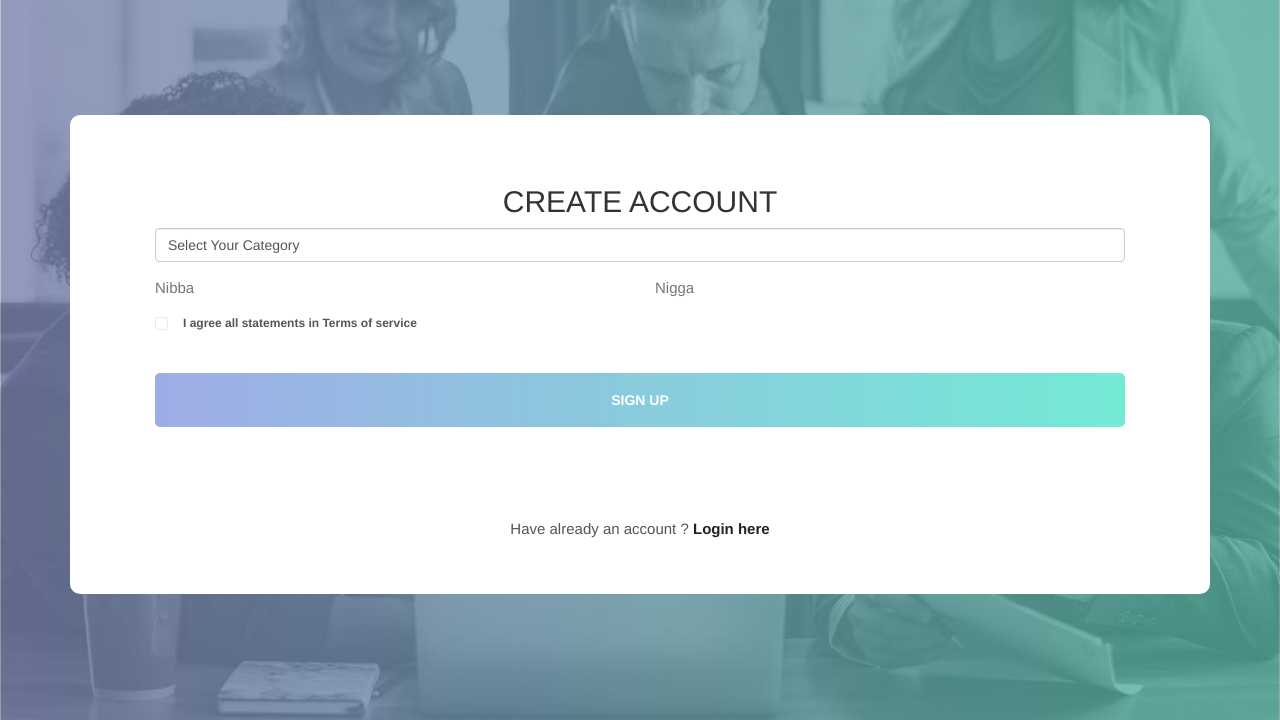
Repository: zainbt/Career_Bridge
Page: static/register/register.html
An editor plug-in stored every save of this project. The page is shown before and after the next save, followed by the edit.
The browser window is 1280 px wide. The pictures show the whole page.

Above is the page before, as saved 2019-11-18 18:16:58.

### static/register/register.html
<!DOCTYPE html>
<html lang="en">

<head>
    <meta charset="UTF-8">
    <meta name="viewport" content="width=device-width, initial-scale=1.0">
    <meta http-equiv="X-UA-Compatible" content="ie=edge">
    <title>Sign Up Form by Colorlib</title>

    <!-- Font Icon -->
    <link rel="stylesheet" href="fonts/material-icon/css/material-design-iconic-font.min.css">

    <!-- Main css -->
    <link rel="stylesheet" href="css/style.css">
    <link rel="stylesheet" href="https://maxcdn.bootstrapcdn.com/bootstrap/3.4.0/css/bootstrap.min.css">

</head>

<body>

    <div class="main">

        <section class="signup">
            <!-- <img src="images/signup-bg.jpg" alt=""> -->
            <div class="container">
                <div class="signup-content">
                    <form method="POST" id="signup-form" class="signup-form">
                        <h2 class="form-title">Create account</h2>
                        <div class="form-group">
                            <select class="form-control">
                                <option>Select Your Category</option>
                                <option>Company</option>
                                <option>University</option>
                            </select>
                        </div>
                        <div class="row">
                            <div class="col-md-6">
                                <p>Nibba</p>
                            </div>

                            <div class="col-md-6">
                                <p>Nigga</p>
                            </div>
                        </div>
                        <div class="form-group">
                            <input type="checkbox" name="agree-term" id="agree-term" class="agree-term" />
                            <label for="agree-term" class="label-agree-term"><span><span></span></span>I agree all statements in  <a href="#" class="term-service">Terms of service</a></label>
                        </div>
                        <div class="form-group">
                            <input type="submit" name="submit" id="submit" class="form-submit" value="Sign up" />
                        </div>
                    </form>
                    <p class="loginhere">
                        Have already an account ? <a href="signUp.html" class="loginhere-link">Login here</a>
                    </p>

                    <!--
                    <div class="form-group">
                            <input type="text" class="form-input" name="name" id="name" placeholder="Name" />
                        </div>
                        <div class="form-group">
                            <input type="number" class="form-input" name="number" id="name" placeholder="Phone Number" />
                        </div>
                        <div class="form-group">
                            <input type="url" class="form-input" name="website" id="name" placeholder="Website" />
                        </div>
                        <div class="form-group">
                            <input type="email" class="form-input" name="email" id="email" placeholder="Email" />
                        </div>
                        <div class="form-group">
                            <input type="password" class="form-input" name="password" id="password" placeholder="Password" />
                            <span toggle="#password" class="zmdi zmdi-eye field-icon toggle-password"></span>
                        </div>
                        <div class="form-group">
                            <input type="password" class="form-input" name="re_password" id="re_password" placeholder="Confirm Password" />
                        </div>
                    -->


                </div>
            </div>
        </section>

    </div>

    <!-- JS -->
    <script src="vendor/jquery/jquery.min.js"></script>
    <script src="js/main.js"></script>
</body>
<!-- This templates was made by Colorlib (https://colorlib.com) -->

</html>

### static/register/css/style.css
.row {
    display: flex;
}


/* @extend display-flex; */

display-flex,
.display-flex,
.display-flex-center {
    display: flex;
    display: -webkit-flex;
}


/* @extend list-type-ulli; */

list-type-ulli {
    list-style-type: none;
    margin: 0;
    padding: 0;
}


/* Montserrat-300 - latin */

@font-face {
    font-family: 'Montserrat';
    font-style: normal;
    font-weight: 300;
    src: url("../fonts/montserrat/Montserrat-Light.ttf");
    /* IE9 Compat Modes */
}

@font-face {
    font-family: 'Montserrat';
    font-style: normal;
    font-weight: 400;
    src: url("../fonts/montserrat/Montserrat-Regular.ttf");
    /* IE9 Compat Modes */
}

@font-face {
    font-family: 'Montserrat';
    font-style: italic;
    font-weight: 400;
    src: url("../fonts/montserrat/Montserrat-Italic.ttf");
    /* IE9 Compat Modes */
}

@font-face {
    font-family: 'Montserrat';
    font-style: normal;
    font-weight: 500;
    src: url("../fonts/montserrat/Montserrat-Medium.ttf");
    /* IE9 Compat Modes */
}

@font-face {
    font-family: 'Montserrat';
    font-style: normal;
    font-weight: 600;
    src: url("../fonts/montserrat/Montserrat-SemiBold.ttf");
    /* IE9 Compat Modes */
}

@font-face {
    font-family: 'Montserrat';
    font-style: normal;
    font-weight: 700;
    src: url("../fonts/montserrat/Montserrat-Bold.ttf");
    /* IE9 Compat Modes */
}

@font-face {
    font-family: 'Montserrat';
    font-style: italic;
    font-weight: 700;
    src: url("../fonts/montserrat/Montserrat-BoldItalic.ttf");
    /* IE9 Compat Modes */
}

@font-face {
    font-family: 'Montserrat';
    font-style: italic;
    font-weight: 900;
    src: url("../fonts/montserrat/montserrat-v12-latin-900.ttf"), url("../fonts/montserrat/montserrat-v12-latin-900.eot") format("embedded-opentype"), url("../fonts/montserrat/montserrat-v12-latin-900.svg") format("woff2"), url("../fonts/montserrat/montserrat-v12-latin-900.woff") format("woff"), url("../fonts/montserrat/montserrat-v12-latin-900.woff2") format("truetype");
}

a:focus,
a:active {
    text-decoration: none;
    outline: none;
    transition: all 300ms ease 0s;
    -moz-transition: all 300ms ease 0s;
    -webkit-transition: all 300ms ease 0s;
    -o-transition: all 300ms ease 0s;
    -ms-transition: all 300ms ease 0s;
}

input,
select,
textarea {
    outline: none;
    appearance: unset !important;
    -moz-appearance: unset !important;
    -webkit-appearance: unset !important;
    -o-appearance: unset !important;
    -ms-appearance: unset !important;
}

input::-webkit-outer-spin-button,
input::-webkit-inner-spin-button {
    appearance: none !important;
    -moz-appearance: none !important;
    -webkit-appearance: none !important;
    -o-appearance: none !important;
    -ms-appearance: none !important;
    margin: 0;
}

input:focus,
select:focus,
textarea:focus {
    outline: none;
    box-shadow: none !important;
    -moz-box-shadow: none !important;
    -webkit-box-shadow: none !important;
    -o-box-shadow: none !important;
    -ms-box-shadow: none !important;
}

input[type=checkbox] {
    appearance: checkbox !important;
    -moz-appearance: checkbox !important;
    -webkit-appearance: checkbox !important;
    -o-appearance: checkbox !important;
    -ms-appearance: checkbox !important;
}

input[type=radio] {
    appearance: radio !important;
    -moz-appearance: radio !important;
    -webkit-appearance: radio !important;
    -o-appearance: radio !important;
    -ms-appearance: radio !important;
}

img {
    max-width: 100%;
    height: auto;
}

figure {
    margin: 0;
}

p {
    margin-bottom: 0px;
    font-size: 15px;
    color: #777;
}

h2 {
    line-height: 1.66;
    margin: 0;
    padding: 0;
    font-weight: 900;
    color: #222;
    font-family: 'Montserrat';
    font-size: 24px;
    text-transform: uppercase;
    text-align: center;
    margin-bottom: 40px;
}

.clear {
    clear: both;
}

body {
    font-size: 14px;
    line-height: 1.8;
    color: #222;
    font-weight: 400;
    font-family: 'Montserrat';
    background-image: url("../images/signup-bg.jpg");
    background-repeat: no-repeat;
    background-size: cover;
    -moz-background-size: cover;
    -webkit-background-size: cover;
    -o-background-size: cover;
    -ms-background-size: cover;
    background-position: center center;
    padding: 115px 0;
}

.container {
    width: 660px;
    position: relative;
    margin: 0 auto;
}

.display-flex {
    justify-content: space-between;
    -moz-justify-content: space-between;
    -webkit-justify-content: space-between;
    -o-justify-content: space-between;
    -ms-justify-content: space-between;
    align-items: center;
    -moz-align-items: center;
    -webkit-align-items: center;
    -o-align-items: center;
    -ms-align-items: center;
}

.display-flex-center {
    justify-content: center;
    -moz-justify-content: center;
    -webkit-justify-content: center;
    -o-justify-content: center;
    -ms-justify-content: center;
    align-items: center;
    -moz-align-items: center;
    -webkit-align-items: center;
    -o-align-items: center;
    -ms-align-items: center;
}

.position-center {
    position: absolute;
    top: 50%;
    left: 50%;
    transform: translate(-50%, -50%);
    -moz-transform: translate(-50%, -50%);
    -webkit-transform: translate(-50%, -50%);
    -o-transform: translate(-50%, -50%);
    -ms-transform: translate(-50%, -50%);
}

.signup-content {
    background: #fff;
    border-radius: 10px;
    -moz-border-radius: 10px;
    -webkit-border-radius: 10px;
    -o-border-radius: 10px;
    -ms-border-radius: 10px;
    padding: 50px 85px;
}

.form-group {
    overflow: hidden;
    margin-bottom: 20px;
}

.form-input {
    width: 100%;
    border: 1px solid #ebebeb;
    border-radius: 5px;
    -moz-border-radius: 5px;
    -webkit-border-radius: 5px;
    -o-border-radius: 5px;
    -ms-border-radius: 5px;
    padding: 17px 20px;
    box-sizing: border-box;
    font-size: 14px;
    font-weight: 500;
    color: #222;
}

.form-input::-webkit-input-placeholder {
    color: #999;
}

.form-input::-moz-placeholder {
    color: #999;
}

.form-input:-ms-input-placeholder {
    color: #999;
}

.form-input:-moz-placeholder {
    color: #999;
}

.form-input::-webkit-input-placeholder {
    font-weight: 500;
}

.form-input::-moz-placeholder {
    font-weight: 500;
}

.form-input:-ms-input-placeholder {
    font-weight: 500;
}

.form-input:-moz-placeholder {
    font-weight: 500;
}

.form-input:focus {
    border: 1px solid transparent;
    -webkit-border-image-source: -webkit-linear-gradient(to right, #9face6, #74ebd5);
    -moz-border-image-source: -moz-linear-gradient(to right, #9face6, #74ebd5);
    -o-border-image-source: -o-linear-gradient(to right, #9face6, #74ebd5);
    border-image-source: linear-gradient(to right, #9face6, #74ebd5);
    -webkit-border-image-slice: 1;
    border-image-slice: 1;
    border-radius: 5px;
    -moz-border-radius: 5px;
    -webkit-border-radius: 5px;
    -o-border-radius: 5px;
    -ms-border-radius: 5px;
    background-origin: border-box;
    background-clip: content-box, border-box;
}

.form-input:focus::-webkit-input-placeholder {
    color: #222;
}

.form-input:focus::-moz-placeholder {
    color: #222;
}

.form-input:focus:-ms-input-placeholder {
    color: #222;
}

.form-input:focus:-moz-placeholder {
    color: #222;
}

.form-submit {
    width: 100%;
    border-radius: 5px;
    -moz-border-radius: 5px;
    -webkit-border-radius: 5px;
    -o-border-radius: 5px;
    -ms-border-radius: 5px;
    padding: 17px 20px;
    box-sizing: border-box;
    font-size: 14px;
    font-weight: 700;
    color: #fff;
    text-transform: uppercase;
    border: none;
    background-image: -moz-linear-gradient(to left, #74ebd5, #9face6);
    background-image: -ms-linear-gradient(to left, #74ebd5, #9face6);
    background-image: -o-linear-gradient(to left, #74ebd5, #9face6);
    background-image: -webkit-linear-gradient(to left, #74ebd5, #9face6);
    background-image: linear-gradient(to left, #74ebd5, #9face6);
}

input[type=checkbox]:not(old) {
    width: 2em;
    margin: 0;
    padding: 0;
    font-size: 1em;
    display: none;
}

input[type=checkbox]:not(old)+label {
    display: inline-block;
    margin-top: 7px;
    margin-bottom: 25px;
}

input[type=checkbox]:not(old)+label>span {
    display: inline-block;
    width: 13px;
    height: 13px;
    margin-right: 15px;
    margin-bottom: 3px;
    border: 1px solid #ebebeb;
    border-radius: 2px;
    -moz-border-radius: 2px;
    -webkit-border-radius: 2px;
    -o-border-radius: 2px;
    -ms-border-radius: 2px;
    background: white;
    background-image: -moz-linear-gradient(white, white);
    background-image: -ms-linear-gradient(white, white);
    background-image: -o-linear-gradient(white, white);
    background-image: -webkit-linear-gradient(white, white);
    background-image: linear-gradient(white, white);
    vertical-align: bottom;
}

input[type=checkbox]:not(old):checked+label>span {
    background-image: -moz-linear-gradient(white, white);
    background-image: -ms-linear-gradient(white, white);
    background-image: -o-linear-gradient(white, white);
    background-image: -webkit-linear-gradient(white, white);
    background-image: linear-gradient(white, white);
}

input[type=checkbox]:not(old):checked+label>span:before {
    content: '\f26b';
    display: block;
    color: #222;
    font-size: 11px;
    line-height: 1.2;
    text-align: center;
    font-family: 'Material-Design-Iconic-Font';
    font-weight: bold;
}

.label-agree-term {
    font-size: 12px;
    font-weight: 600;
    color: #555;
}

.term-service {
    color: #555;
}

.loginhere {
    color: #555;
    font-weight: 500;
    text-align: center;
    margin-top: 91px;
    margin-bottom: 5px;
}

.loginhere-link {
    font-weight: 700;
    color: #222;
}

.field-icon {
    float: right;
    margin-right: 17px;
    margin-top: -32px;
    position: relative;
    z-index: 2;
    color: #555;
}

@media screen and (max-width: 768px) {
    .container {
        width: calc(100% - 40px);
        max-width: 100%;
    }
}

@media screen and (max-width: 480px) {
    .signup-content {
        padding: 50px 25px;
    }
}


/*# sourceMappingURL=style.css.map */

Loaded but not shown: static/register/fonts/material-icon/css/material-design-iconic-font.min.css (library); static/register/vendor/jquery/jquery.min.js (library); static/register/js/main.js (common file)

After the next save:
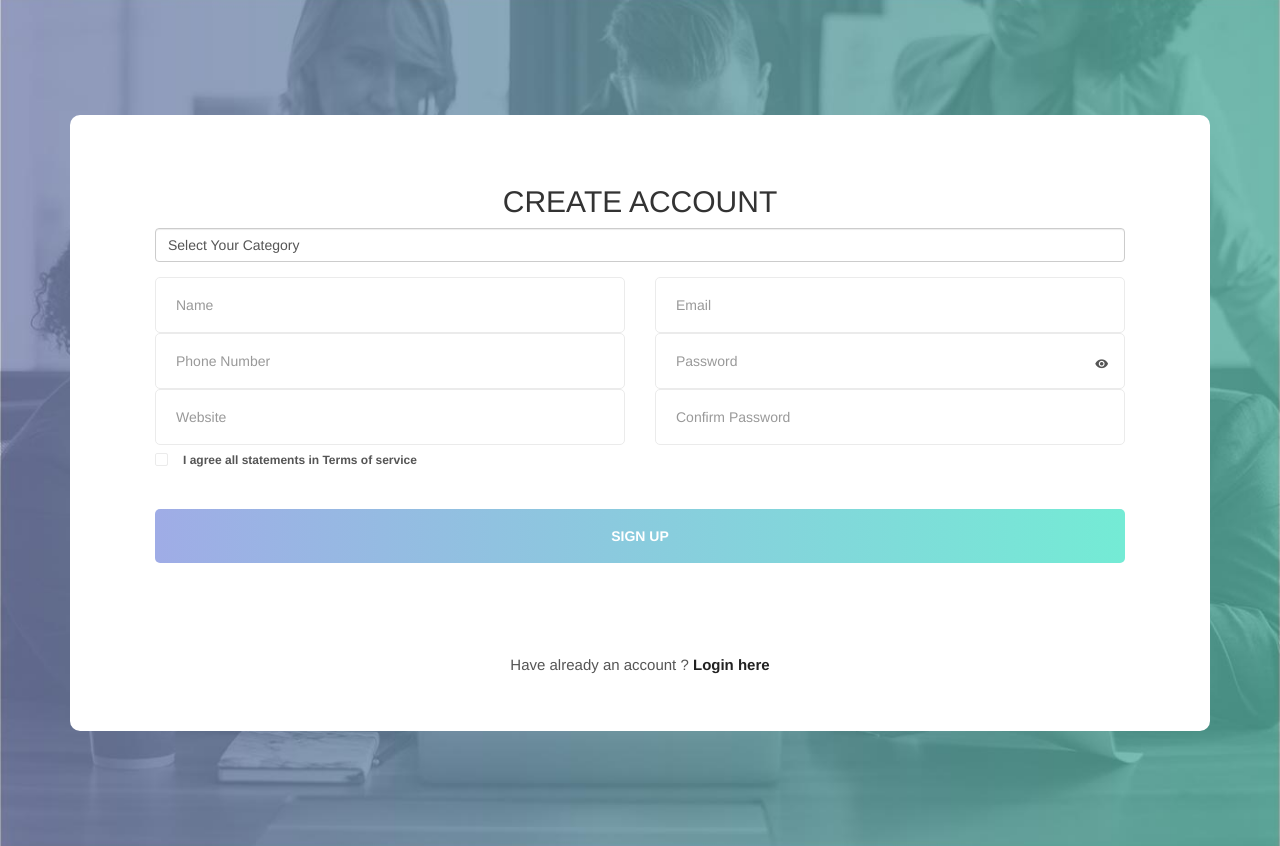
Saved 2 min 7 s later.
--- a/static/register/register.html
+++ b/static/register/register.html
@@ -35,11 +35,16 @@
                         </div>
                         <div class="row">
                             <div class="col-md-6">
-                                <p>Nibba</p>
+                                <input type="text" class="form-input" name="name" id="name" placeholder="Name" />
+                                <input type="number" class="form-input" name="number" id="name" placeholder="Phone Number" />
+                                <input type="url" class="form-input" name="website" id="name" placeholder="Website" />
                             </div>
 
                             <div class="col-md-6">
-                                <p>Nigga</p>
+                                <input type="email" class="form-input" name="email" id="email" placeholder="Email" />
+                                <input type="password" class="form-input" name="password" id="password" placeholder="Password" />
+                                <span toggle="#password" class="zmdi zmdi-eye field-icon toggle-password"></span>
+                                <input type="password" class="form-input" name="re_password" id="re_password" placeholder="Confirm Password" />
                             </div>
                         </div>
                         <div class="form-group">
